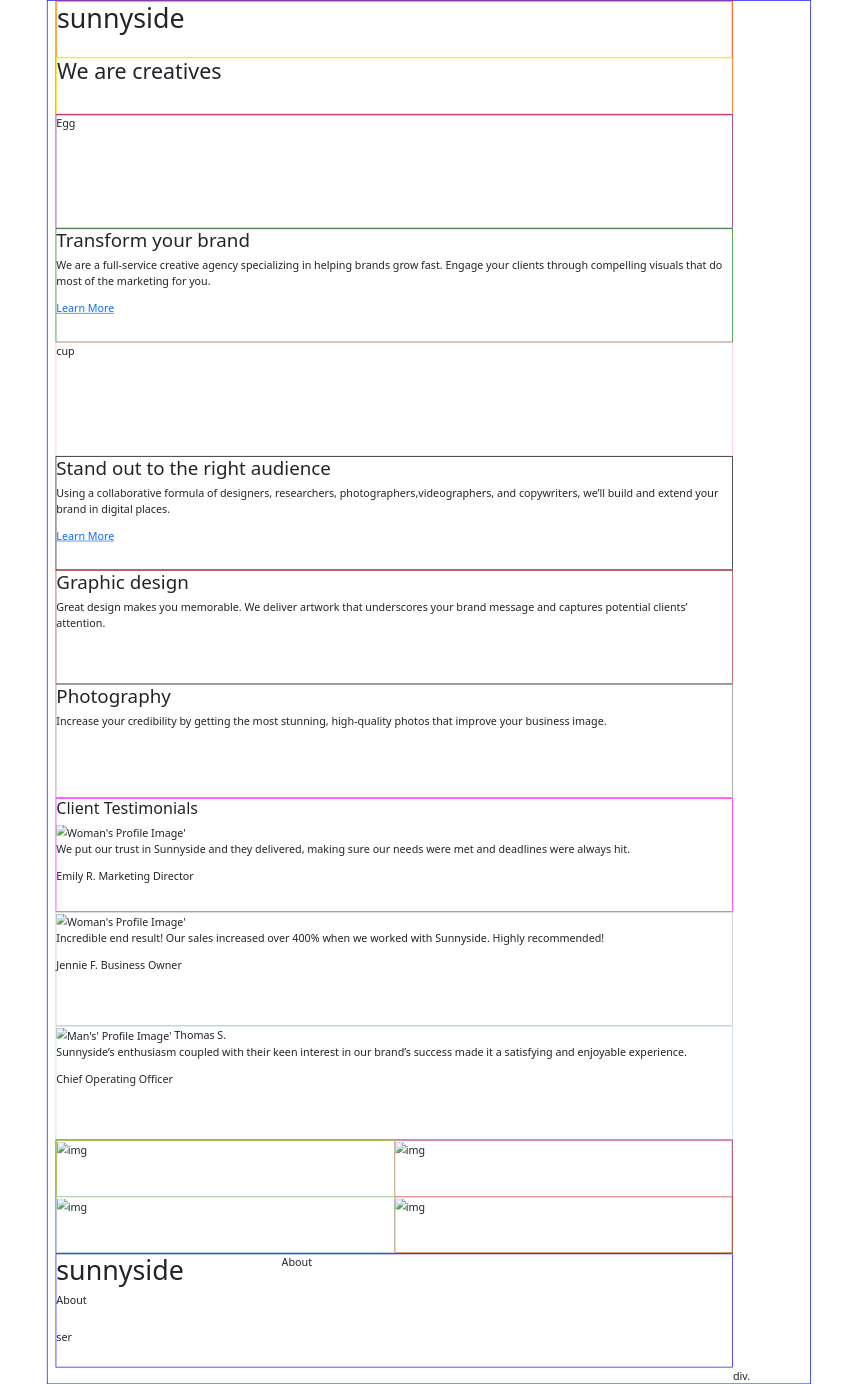
Repository: Roshanell/Sunny-Side-Agency
Page: index.html
These files come from the project's save history. The page is drawn as it stood at one moment and after a run of saves; the edit follows.
The browser window is 1280 px wide. The pictures show the whole page, at 67% of full size.

Above is the page before, as saved 2022-07-01 12:41:07.

After the next 2 saves:
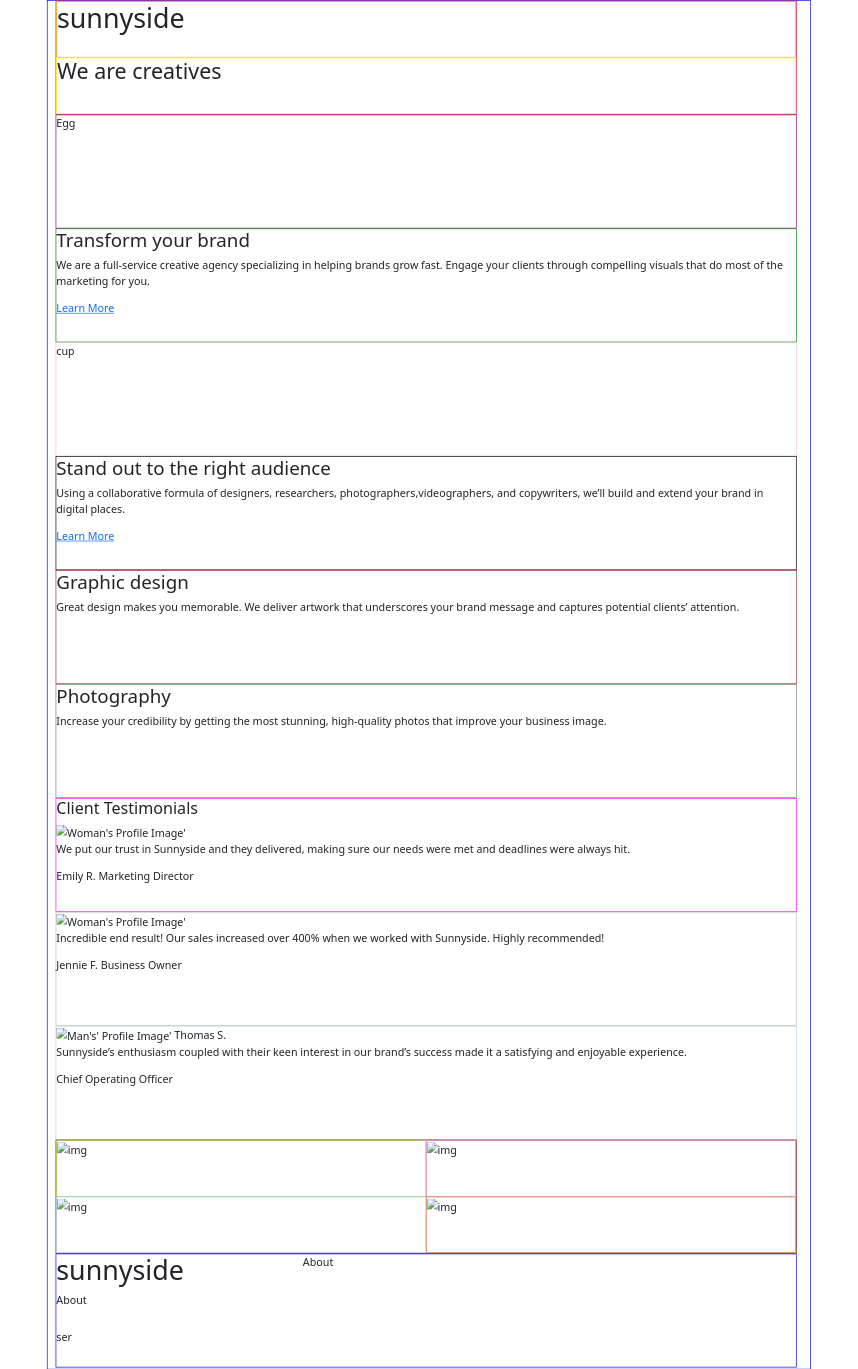
The 2 saves are shown as one change because they came seconds apart.
The last was saved 6 s later.
--- a/index.html
+++ b/index.html
@@ -103,7 +103,7 @@
         <span>About</span>
       </div>
       <div class="logo">
-        div.
+        <div class="fbIcon"></div>
       </div>
     </div>
 
